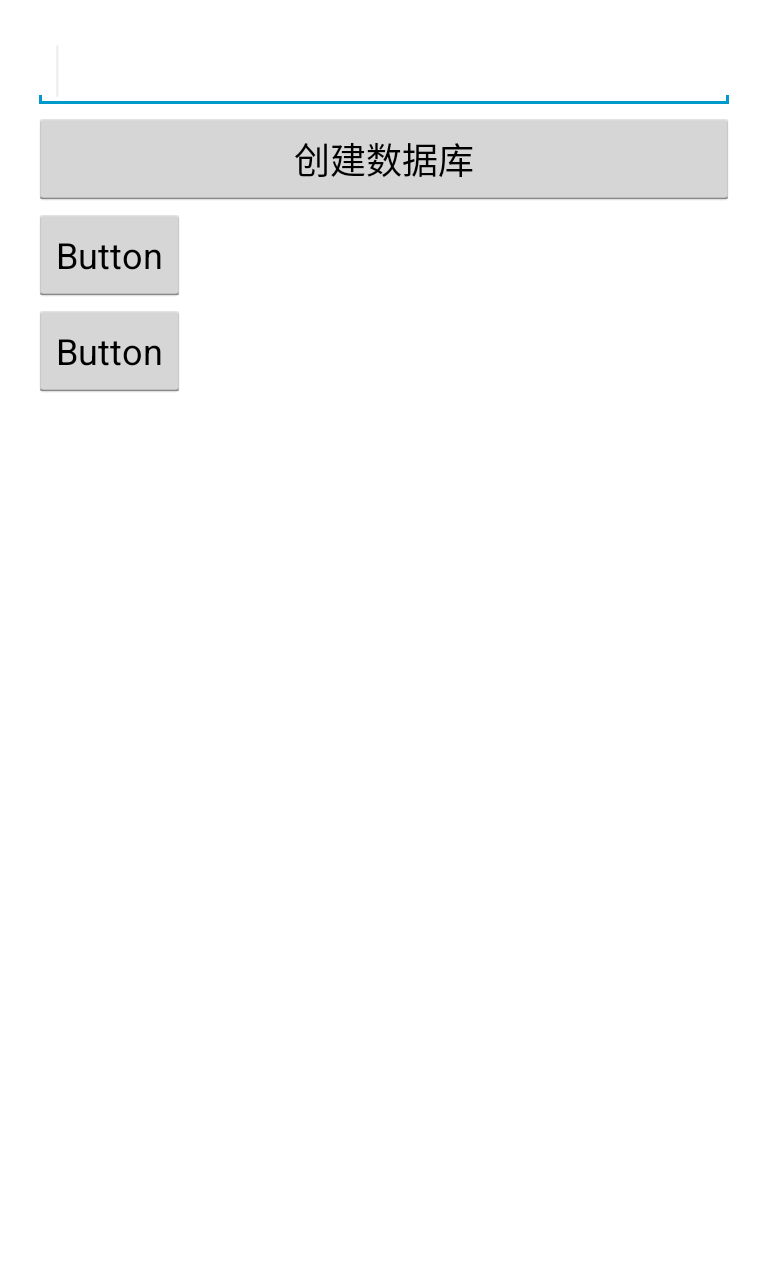
Repository: moetmd/learning-Android
Layout: SQLite/res/layout/activity_main.xml
The author's editor kept a copy of each file at every save. The layout is drawn from the files as they stood at one save, then again after the next save.
It is drawn on a 768 x 1280 px phone screen (xhdpi) without system bars, with theme AppTheme; the app's code is not run.

Above is the layout before, as saved 2014-11-18 08:56:07.

After the next save:
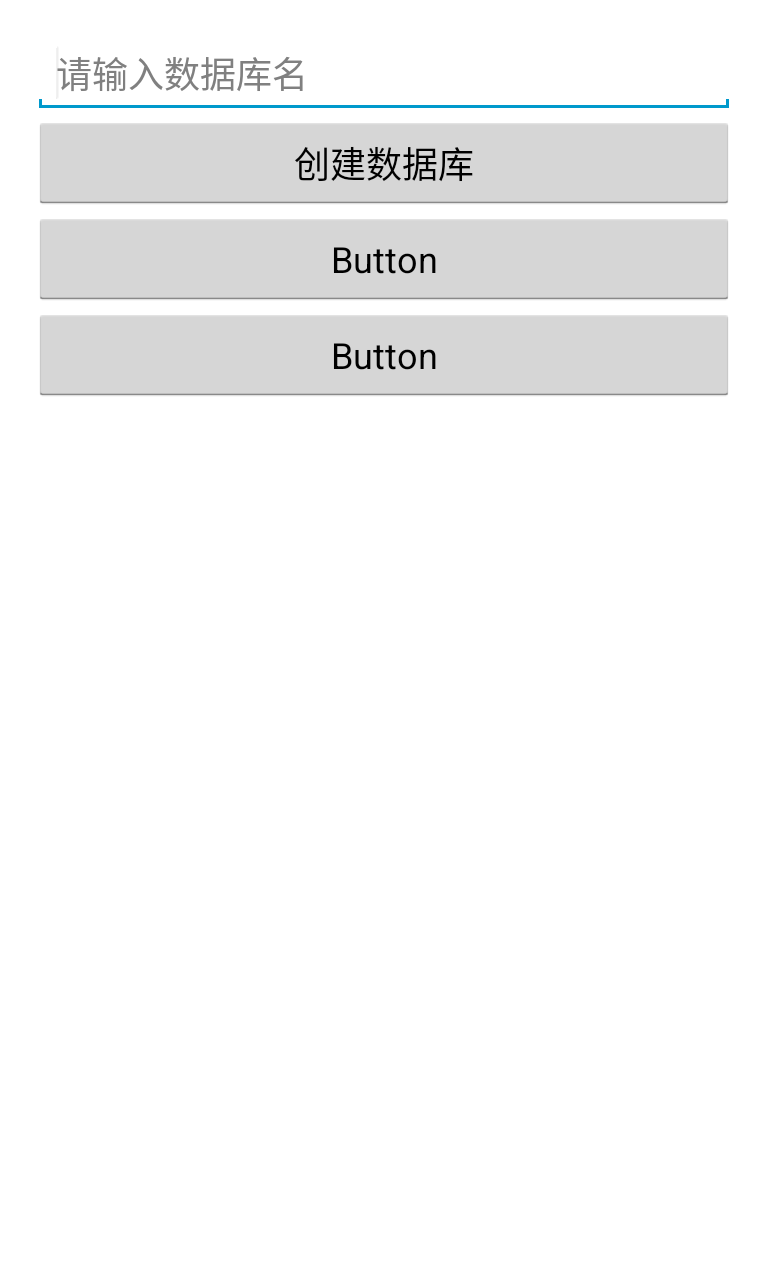
Saved 21 s later.
--- a/SQLite/res/layout/activity_main.xml
+++ b/SQLite/res/layout/activity_main.xml
@@ -19,7 +19,8 @@
             android:id="@+id/et_dbname"
             android:layout_width="match_parent"
             android:layout_height="wrap_content"
-            android:ems="10" >
+            android:ems="10"
+            android:hint="请输入数据库名" >
 
             <requestFocus />
         </EditText>
@@ -32,13 +33,13 @@
 
         <Button
             android:id="@+id/button1"
-            android:layout_width="wrap_content"
+            android:layout_width="match_parent"
             android:layout_height="wrap_content"
             android:text="Button" />
 
         <Button
             android:id="@+id/button2"
-            android:layout_width="wrap_content"
+            android:layout_width="match_parent"
             android:layout_height="wrap_content"
             android:text="Button" />
 
